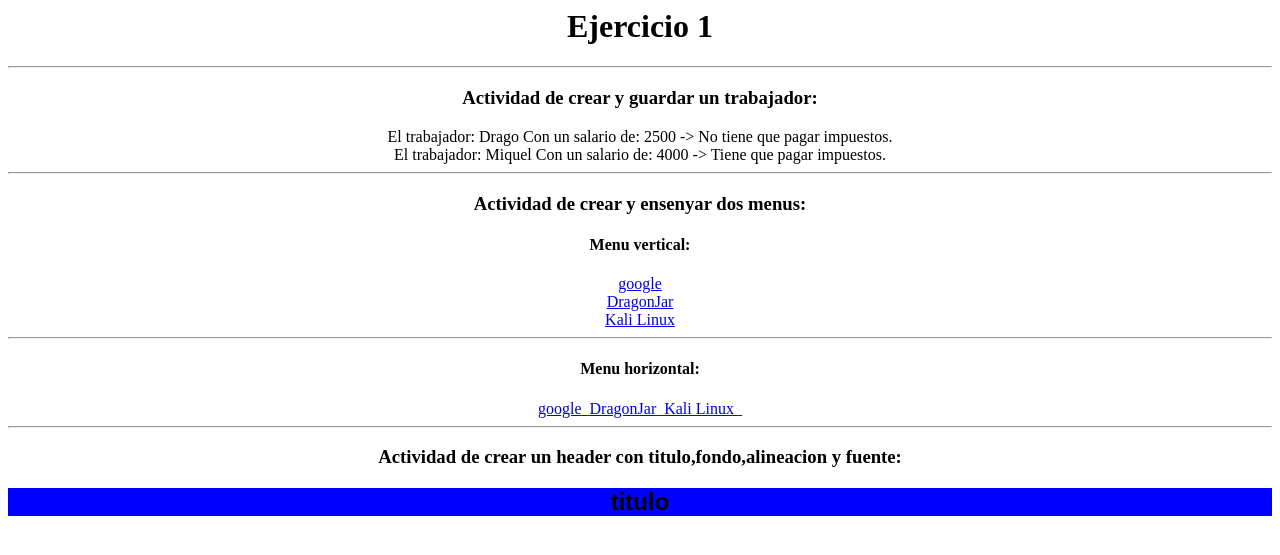
Repository: IlDragoDoro/atomClass
Page: http://localhost/ejercicio1.php
These files come from the project's save history. The page is drawn as it stood at one moment and after the next save; the edit follows.
The browser window is 1280 px wide. The pictures show the whole page.
The page is run by PHP 8.4 with error messages shown; the project is at /var/www/html/.

Above is the page before, as saved 2020-12-03 11:30:19.

### DWS/POO/ejercicio1.php
 <?php
echo "<center>";
// Creo la clase trabajador
class Trabajador
{

    // Creo los atributos:
    public $nombre = array();
    public $salario = array();

    public function guardar($nombre,$salario)
    {
        $this->nombre[] = $nombre;
        $this->salario[] = $salario;
    }

    public function mostrar()
    {
        for($i = 0; $i < count($this->nombre);$i++){
            $this->formato($this->nombre[$i], $this->salario[$i]);
        }

    }

    public function formato($nombre, $salario)
    {

        if ($salario < 3500) {
            echo "El trabajador: " . $nombre . " Con un salario de: " . $salario . " -> No tiene que pagar impuestos.<br>";
        } else {
            echo "El trabajador: " . $nombre . " Con un salario de: " . $salario . " -> Tiene que pagar impuestos.<br>";
        }
    }
}
echo "<h1>Ejercicio 1</h1>";
echo "<hr>";
echo "<h3>Actividad de crear y guardar un trabajador:</h3>";
$trabajador = new Trabajador(); // Creamos un trabajador
$trabajador->guardar("Drago", 2500);
$trabajador->guardar("Miquel", 4000);
$trabajador->mostrar();
echo "<hr>";

//-------------------------------------------------------------------------------------------------------------------------------
//Creo una clase navegar:
class navegar{
    private $enlaces=array();
    private $titulos=array();
//Creo la funcion para guardar las opciones
    public function guardar($enlace,$titulo){
        $this->enlaces[]=$enlace;
        $this->titulos[]=$titulo;
    }
//Creo la funcion para mostrar el men� horizontal
    public function horizontal(){
        for($i=0;$i<count($this->enlaces);$i++){
           echo '<a href="'.$this->enlaces[$i].'">'.$this->titulos[$i].'</a>' ;
           echo "_";
        }
    }
//Creo la funcion para mostrar el men� vertical
    public function vertical(){
        for($i=0;$i<count($this->enlaces);$i++){
            echo '<a href="'.$this->enlaces[$i].'">'.$this->titulos[$i].'</a>' ;
            echo "<br>";
        }
    }
}

//Creo el objeto menu
$navegar1=new Navegar();
//Guardo los atributos del objeto
$navegar1->guardar("www.google.es","google");
$navegar1->guardar("www.dragonjar.org","DragonJar");
$navegar1->guardar("www.kali.ork","Kali Linux");

//Muestro los dos menus:
echo "<h3>Actividad de crear y ensenyar dos menus:</h3> ";
echo "<h4>Menu vertical:</h4>";
$navegar1->vertical();
echo "<hr>";
echo "<h4>Menu horizontal:</h4>";
$navegar1->horizontal();
echo "<hr>";


class header{
    public $titulo = "";
    public $posicion = "";
    public $fondo = "";
    public $fuente = "";

    public function guardar($titulo,$posicion,$fondo,$fuente){
        $this->titulo=$titulo;
        $this->posicion=$posicion;
        $this->fondo=$fondo;
        $this->fuente=$fuente;
    }
    //Creo la función para mostrar el header
    public function mostrar(){
        echo '<h2 style="text-align:'.$this->posicion.';background-color:'.$this->fondo.';font-family:'.$this->fuente.';">'.$this->titulo.'</h2>';
    }
}

echo "<h3>Actividad de crear un header con titulo,fondo,alineacion y fuente:</h3>";
echo "</center>";
//Creo y muestro el header
$header=new Header();
$header->guardar("titulo","center","blue","arial");
$header->mostrar();

?>

After the next save:
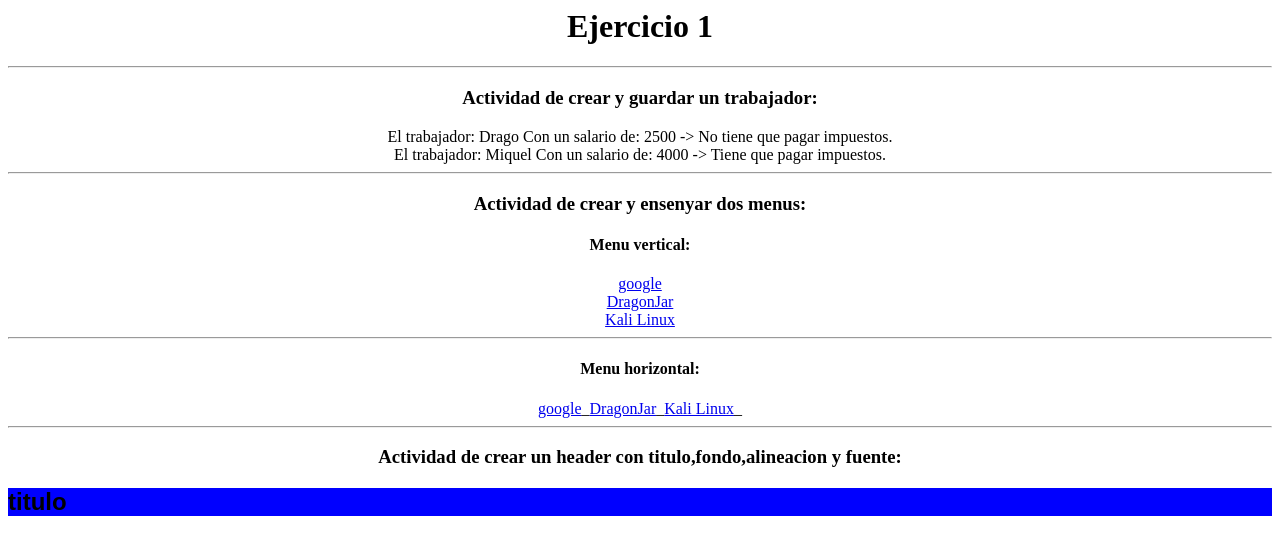
Saved 16 s later.
--- a/DWS/POO/ejercicio1.php
+++ b/DWS/POO/ejercicio1.php
@@ -106,7 +106,7 @@
 echo "</center>";
 //Creo y muestro el header
 $header=new Header();
-$header->guardar("titulo","center","blue","arial");
+$header->guardar("titulo","left","blue","arial");
 $header->mostrar();
 
 ?>

After the save that followed:
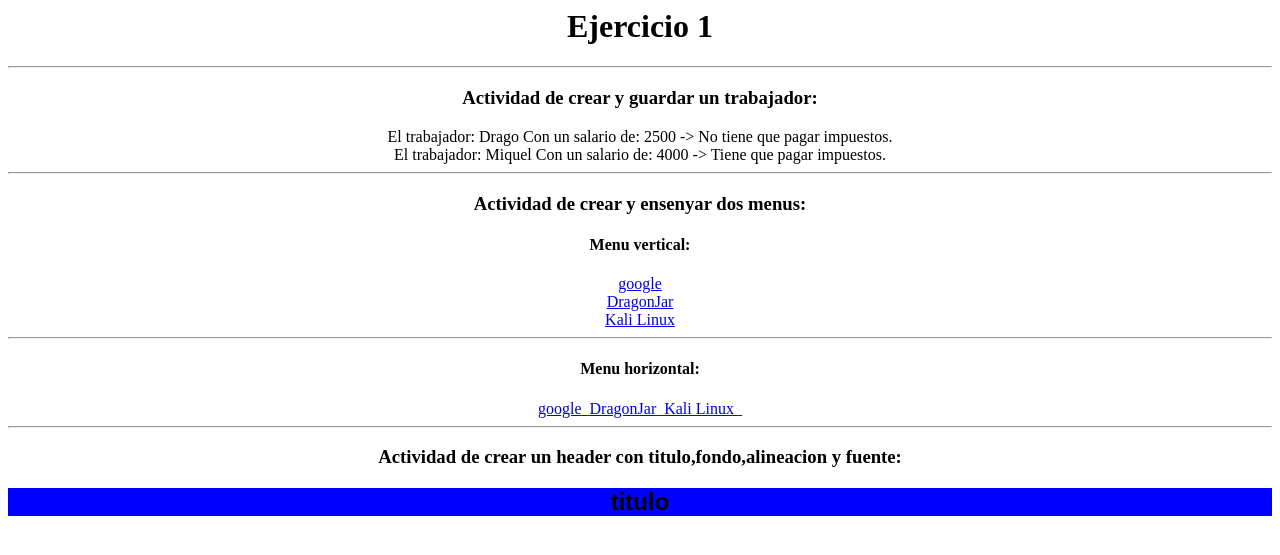
Saved 6 s later.
--- a/DWS/POO/ejercicio1.php
+++ b/DWS/POO/ejercicio1.php
@@ -106,7 +106,7 @@
 echo "</center>";
 //Creo y muestro el header
 $header=new Header();
-$header->guardar("titulo","left","blue","arial");
+$header->guardar("titulo","center","blue","arial");
 $header->mostrar();
 
 ?>
